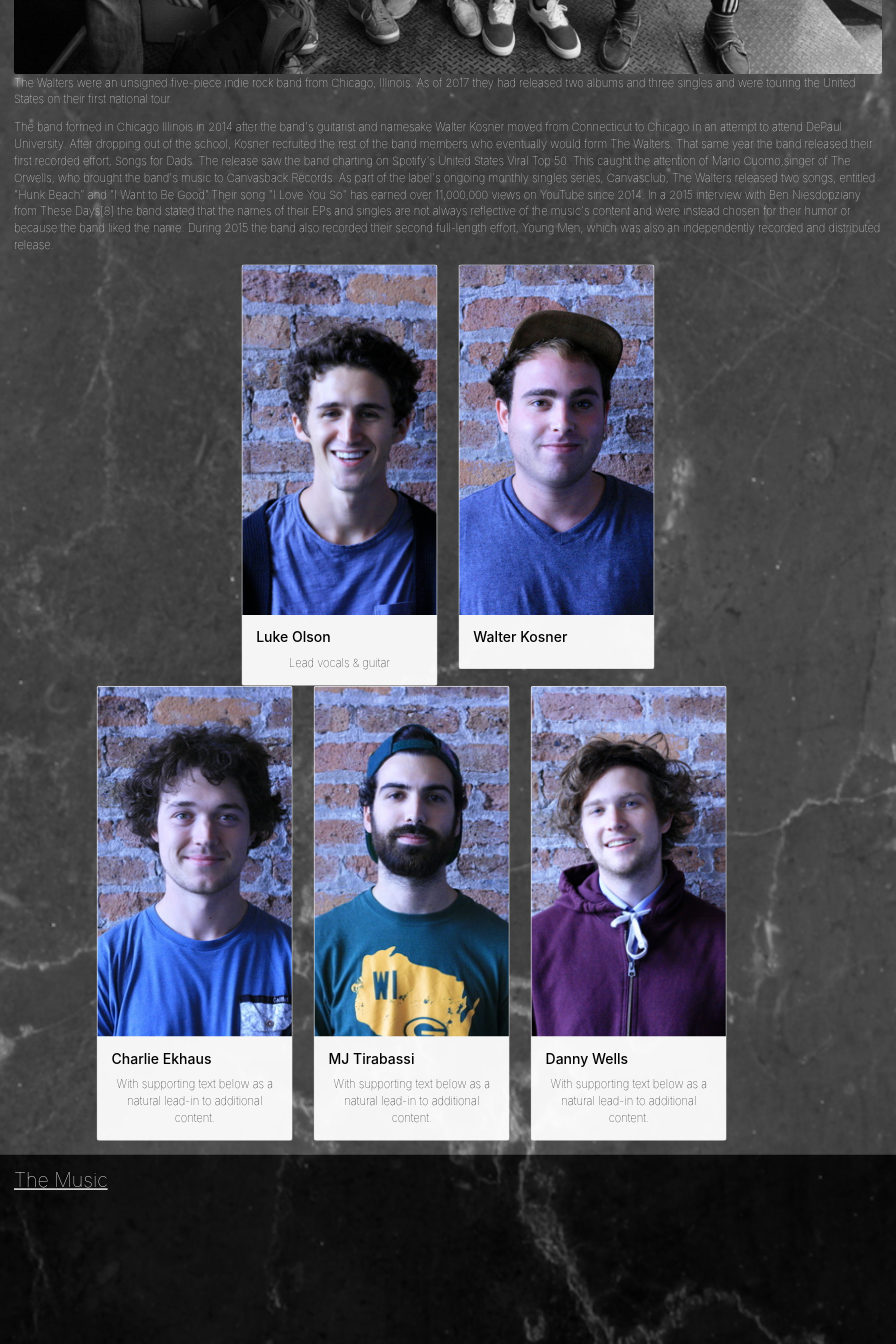
Repository: yucheng91/CIassignment1
Page: index.html
The author's editor kept a record of every edit. The page is drawn from the files as they stood at one moment, then again after the next edit.
The browser window is 1280 px wide. The pictures show the part of the page from y = 1664 to 3584 px (the page is 4669 px tall), at 70% of full size.
Pictures or frames that could not be fetched are drawn as grey boxes.

Above is the page before.

After the next edit:
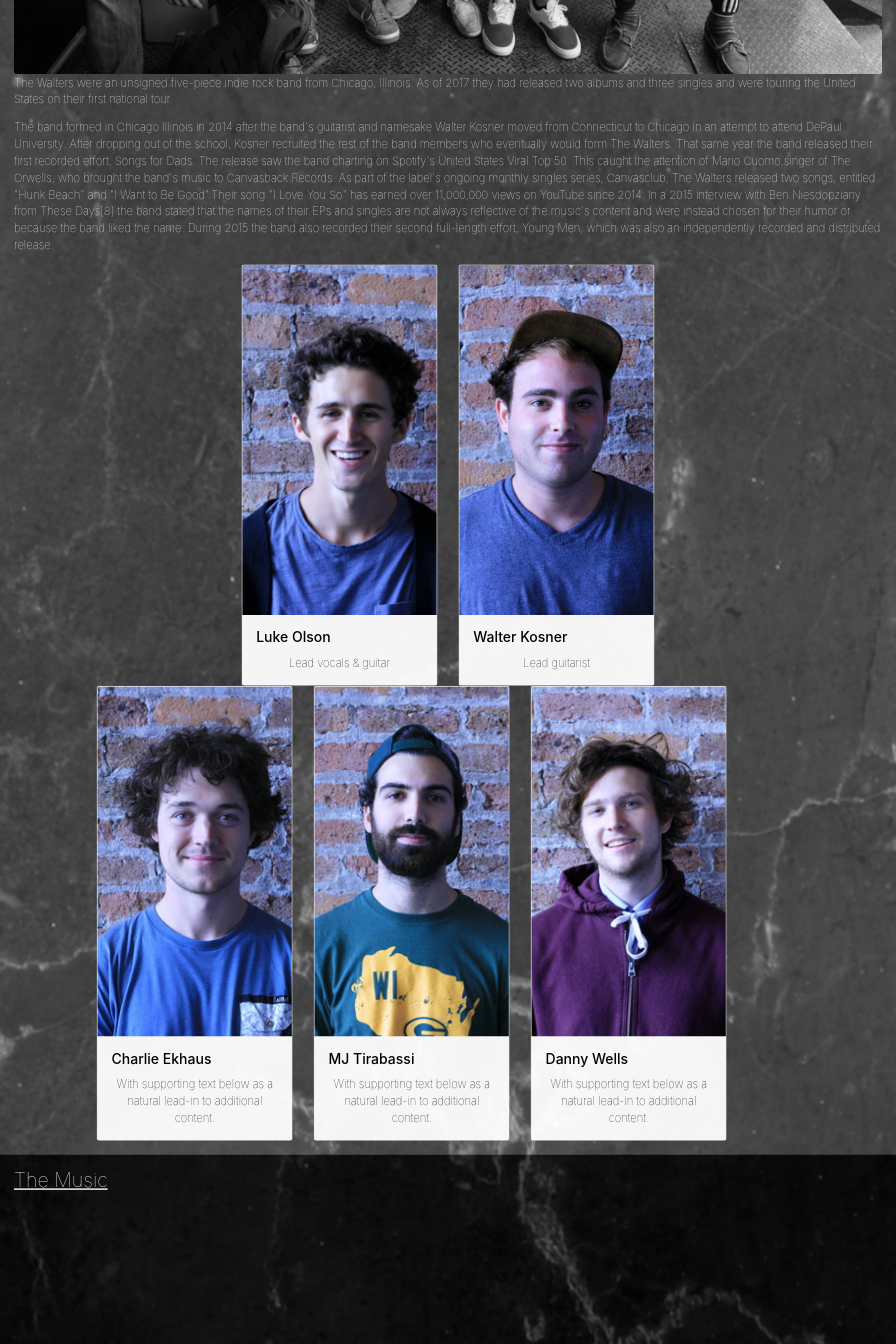
The edit:
--- a/index.html
+++ b/index.html
@@ -130,7 +130,7 @@
               <img class="card-img-top" src="images/walterkosner.png" alt="Card image cap">
               <div class="card-body">
                 <h5 class="card-title">Walter Kosner</h5>
-                <p class="card-text"></p>
+                <p class="card-text">Lead guitarist</p>
               </div>
             </div>
           </div>
